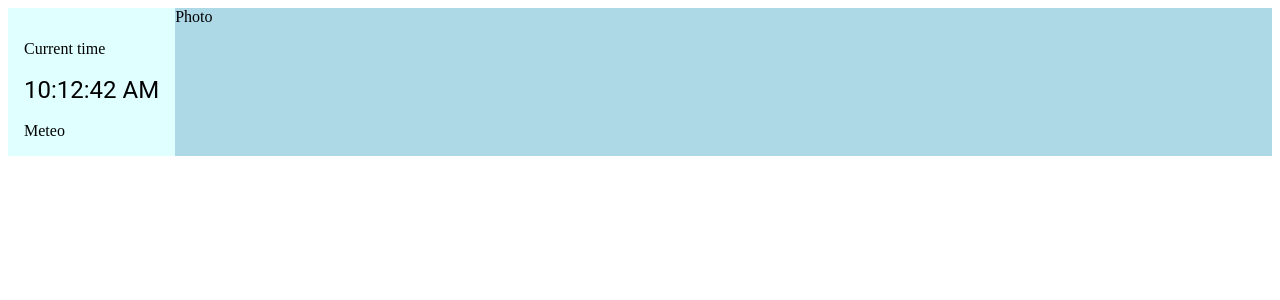
Repository: songvi/meteo
Page: /
The author's editor kept a copy of each file at every save. The page is drawn from the files as they stood at one save, then again after a run of saves.
The browser window is 1280 px wide. The pictures show the whole page.
The project was rebuilt for these pictures with package versions that can differ from the ones it lists, and the page was loaded fresh each time. Also part of the build but not shown: src/App.css.

Above is the page before, as saved 2023-04-02 23:23:55.

### src/App.tsx
import React from 'react';
import logo from './logo.svg';
import './App.css';
import Navbar from './app/Navbar';

function App() {
  return (
    <Navbar />
  );
}

export default App;

### src/app/Navbar.tsx
import { Box, Stack } from '@mui/material'
import Meteo from '../features/meteo/Meteo'
import Photo from '../features/media/Photo'
import Datetime from '../features/datetime/Datetime'

const Navbar = () => {
    return (
        <Box>
            <Stack direction={'row'}>
                <Stack p={2} spacing={2} direction={'column'} sx={{ bgcolor: 'lightcyan' }} justifyContent={'center'}>
                    <Datetime />
                    <Meteo />
                </Stack>
                <Photo />
            </Stack>
        </Box>
    )
}

export default Navbar

### src/features/meteo/Meteo.tsx
import { Box } from '@mui/material';
import React from 'react';

const Meteo = () => {
  return (
    <Box>Meteo</Box>
  )
}

export default Meteo

### src/features/media/Photo.tsx
import { Box } from '@mui/material'
import React from 'react'

const Photo = () => {
  return (
    <Box flex={4}  sx={{ backgroundColor: 'lightblue' }}>Photo</Box>
  )
}

export default Photo

### src/features/datetime/Datetime.tsx
import Clock from 'react-clock'
import { Box, Typography } from '@mui/material'
import { useEffect } from 'react';
import { useState } from 'react';

const Datetime = () => {
    const [value, setValue] = useState(new Date());

    useEffect(() => {
        const interval = setInterval(() => setValue(new Date()), 1000)

        return () => { clearInterval(interval); }
    }, [])

    return (
        <Box flex={2} alignContent={'center'}>
            <p>Current time</p>
            <Typography variant='h5'>{value ? value.toLocaleTimeString() : ""}</Typography>
        </Box>
    )
}

export default Datetime

Loaded but not shown: public/index.html (common file); src/index.tsx (common file)

After the next 3 saves:
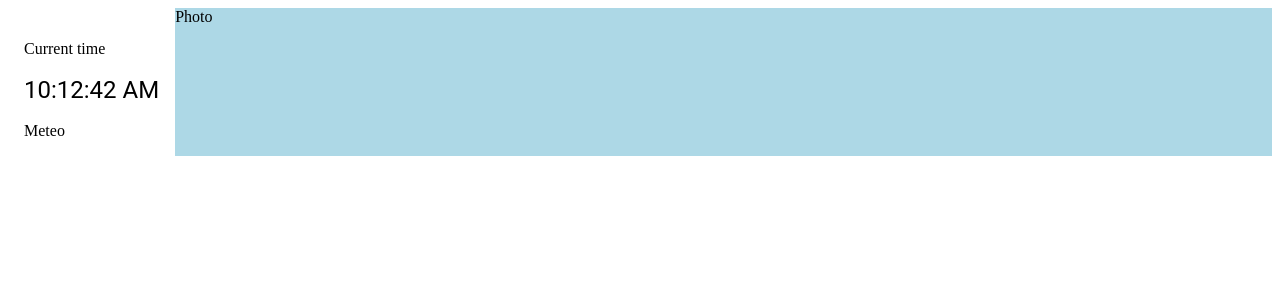
The 3 saves are shown as one change because they came seconds apart.
The last was saved 20 s later.
--- a/src/app/Navbar.tsx
+++ b/src/app/Navbar.tsx
@@ -7,7 +7,7 @@ const Navbar = () => {
     return (
         <Box>
             <Stack direction={'row'}>
-                <Stack p={2} spacing={2} direction={'column'} sx={{ bgcolor: 'lightcyan' }} justifyContent={'center'}>
+                <Stack p={2} spacing={2} direction={'column'}>
                     <Datetime />
                     <Meteo />
                 </Stack>
